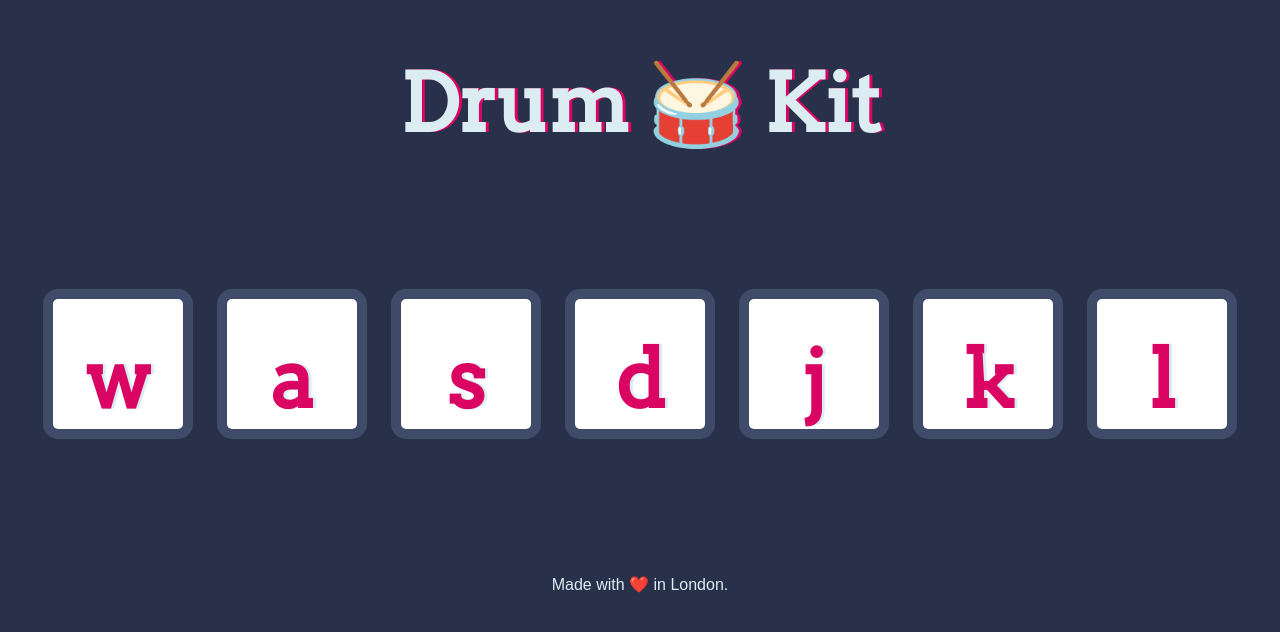
Repository: ArdhanaPragota/drum-apps
Page: index.html
An editor plug-in stored every save of this project. The page is shown before and after the next save, followed by the edit.
The browser window is 1280 px wide. The pictures show the whole page.

Above is the page before, as saved 2023-02-28 13:20:11.

### index.html
<!DOCTYPE html>
<html lang="en" dir="ltr">

<head>
  <meta charset="utf-8">
  <title>Drum Kit</title>
  <link rel="stylesheet" href="styles.css">
  <link href="https://fonts.googleapis.com/css?family=Arvo" rel="stylesheet">
</head>

<body>

  <h1 id="title">Drum 🥁 Kit</h1>
  <div class="set">
    <button class="w drum">w</button>
    <button class="a drum">a</button>
    <button class="s drum">s</button>
    <button class="d drum">d</button>
    <button class="j drum">j</button>
    <button class="k drum">k</button>
    <button class="l drum">l</button>
  </div>

  <script src="index.js" charset="utf"></script>

  <footer>
    Made with ❤️ in London.
  </footer>
</body>

</html>

### styles.css
body {
  text-align: center;
  background-color: #283149;
}

h1 {
  font-size: 5rem;
  color: #DBEDF3;
  font-family: "Arvo", cursive;
  text-shadow: 3px 0 #DA0463;

}

footer {
  color: #DBEDF3;
  font-family: sans-serif;
}

.w {

}

.a {

}

.s {

}

.d {

}

.j {

}

.k {

}

.l {

}

.set {
  margin: 10% auto;
}

.game-over {
  background-color: red;
  opacity: 0.8;
}

.pressed {
  box-shadow: 0 3px 4px 0 #DBEDF3;
  opacity: 0.5;
}

.red {
  color: red;
}

.drum {
  outline: none;
  border: 10px solid #404B69;
  font-size: 5rem;
  font-family: 'Arvo', cursive;
  line-height: 2;
  font-weight: 900;
  color: #DA0463;
  text-shadow: 3px 0 #DBEDF3;
  border-radius: 15px;
  display: inline-block;
  width: 150px;
  height: 150px;
  text-align: center;
  margin: 10px;
  background-color: white;
}

### index.js
var drumButton = document.querySelectorAll(".drum").length;

for (var i = 0; i<drumButton; i++) {
    document.querySelectorAll(".drum")[i].addEventListener("click", function () {
    var audio = new Audio ("sounds/tom-1.mp3");
    audio.play();
    })
}

After the next save:
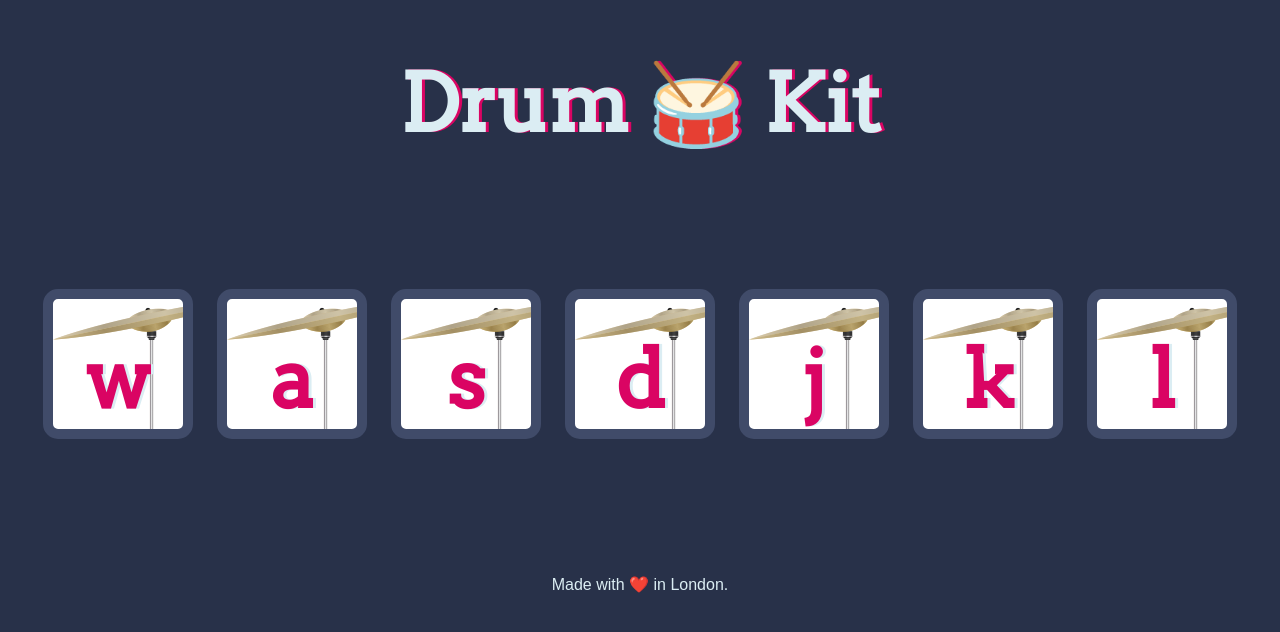
Saved 42 min 19 s later.
--- a/styles.css
+++ b/styles.css
@@ -17,31 +17,31 @@
 }
 
 .w {
-
+  background-image: url("images/crash.png");
 }
 
 .a {
-
+  background-image: url("images/crash.png");
 }
 
 .s {
-
+  background-image: url("images/crash.png");
 }
 
 .d {
-
+  background-image: url("images/crash.png");
 }
 
 .j {
-
+  background-image: url("images/crash.png");
 }
 
 .k {
-
+  background-image: url("images/crash.png");
 }
 
 .l {
-
+  background-image: url("images/crash.png");
 }
 
 .set {
